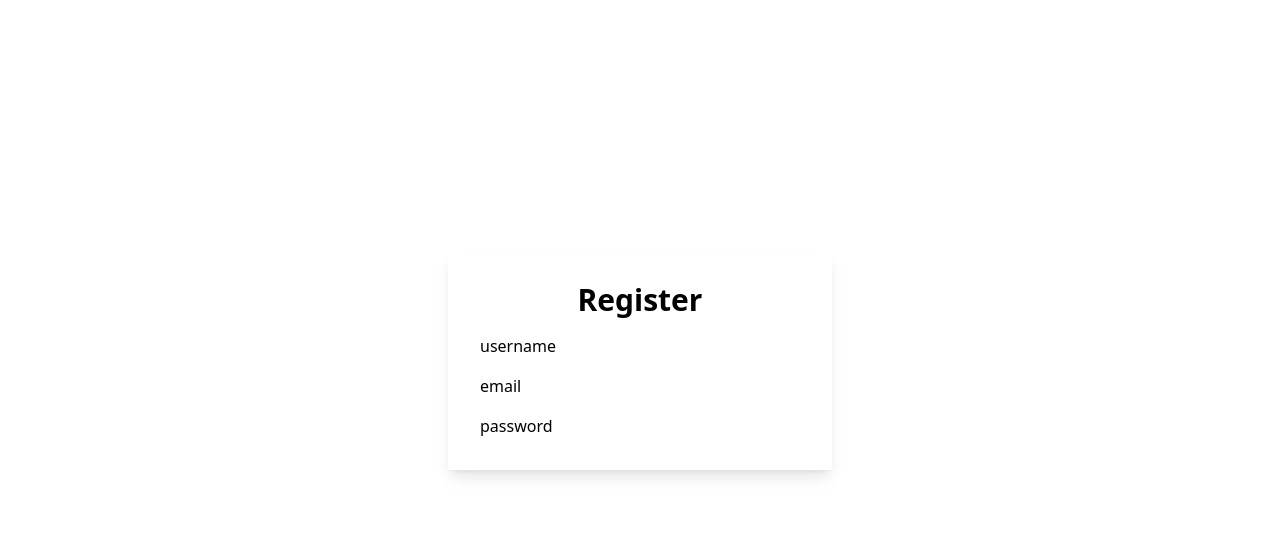
Repository: dydals3440/cool-store
Page: /register
An editor plug-in stored every save of this project. The page is shown before and after the next save, followed by the edit.
The browser window is 1280 px wide. The pictures show the whole page.
The project was rebuilt for these pictures with package versions that can differ from the ones it lists, and the page was loaded fresh each time. Also part of the build but not shown: vite.config.js, src/pages/About.jsx, src/pages/Cart.jsx, src/pages/Checkout.jsx, src/pages/Error.jsx, src/pages/HomeLayout.jsx, src/pages/Landing.jsx, src/pages/Login.jsx and 2 more. Imported but missing from the stored project, and not drawn on this page: src/pages/Orders.

Above is the page before, as saved 2023-09-17 21:52:05.

### src/main.jsx
import ReactDOM from 'react-dom/client';
import App from './App.jsx';
import './index.css';

ReactDOM.createRoot(document.getElementById('root')).render(
  <>
    <App />
  </>
);

### src/App.jsx
import { RouterProvider, createBrowserRouter } from 'react-router-dom';
import {
  About,
  Cart,
  CheckOut,
  Error,
  HomeLayout,
  Landing,
  Login,
  Orders,
  Products,
  Register,
  SingleProduct,
} from './pages';

const router = createBrowserRouter([
  {
    path: '/',
    element: <HomeLayout />,
    errorElement: <Error />,
    children: [
      {
        index: true,
        element: <Landing />,
      },
      {
        path: 'products',
        element: <Products />,
      },
      {
        path: 'products/:id',
        element: <SingleProduct />,
      },
      {
        path: 'cart',
        element: <Cart />,
      },
      {
        path: 'about',
        element: <About />,
      },
      {
        path: 'checkout',
        element: <CheckOut />,
      },
      {
        path: 'orders',
        element: <Orders />,
      },
    ],
  },
  {
    path: '/login',
    element: <Login />,
    errorElement: <Error />,
  },
  {
    path: '/register',
    element: <Register />,
    errorElement: <Error />,
  },
]);

const App = () => {
  return <RouterProvider router={router} />;
};

export default App;

### src/pages/index.js
export { default as About } from './About';
export { default as Cart } from './Cart';
export { default as CheckOut } from './Checkout';
export { default as Error } from './Error';
export { default as HomeLayout } from './HomeLayout';
export { default as Landing } from './Landing';
export { default as Login } from './Login';
export { default as Orders } from './Orders';
export { default as Products } from './Products';
export { default as Register } from './Register';
export { default as SingleProduct } from './SingleProduct';

### src/pages/Register.jsx
import { FormInput, SubmitBtn } from '../components';
import { Form, Link } from 'react-router-dom';

const Register = () => {
  return (
    <section className='h-screen grid place-items-center'>
      <Form
        method='POST'
        className='card w-96 p-8 bg-base-100 shadow-lg flex flex-col gap-y-4'
      >
        <h4 className='text-center text-3xl font-bold'>Register</h4>
        <FormInput type='text' label='username' name='username' />{' '}
        <FormInput type='email' label='email' name='email' />{' '}
        <FormInput type='password' label='password' name='password' />
      </Form>
    </section>
  );
};

export default Register;

### src/components/index.js
export { default as FormInput } from './FormInput';
export { default as SubmitBtn } from './SubmitBtn';

### src/components/FormInput.jsx
const FormInput = ({ label, name, type, defaultValue }) => {
  return (
    <div className='form-control '>
      <label className='label'>
        <span className='label-text'>{label}</span>
      </label>
      <input
        type={type}
        name={name}
        defaultValue={defaultValue}
        className='input input-bordered '
      />
    </div>
  );
};

export default FormInput;

### src/components/SubmitBtn.jsx
import { useNavigation } from 'react-router-dom';

const SubmitBtn = ({ text }) => {
  const navigation = useNavigation();
  const isSubmitting = navigation.state === 'submitting';
  return (
    <button
      type='submit'
      className='btn btn-primary btn-block'
      disabled={isSubmitting}
    >
      {isSubmitting ? (
        <>
          <span className='loading loading-spinner'></span>
          sending...
        </>
      ) : (
        text || 'submit'
      )}
    </button>
  );
};
export default SubmitBtn;

Loaded but not shown: index.html (common file); src/index.css (common file); tailwind.config.js (common file)

After the next save:
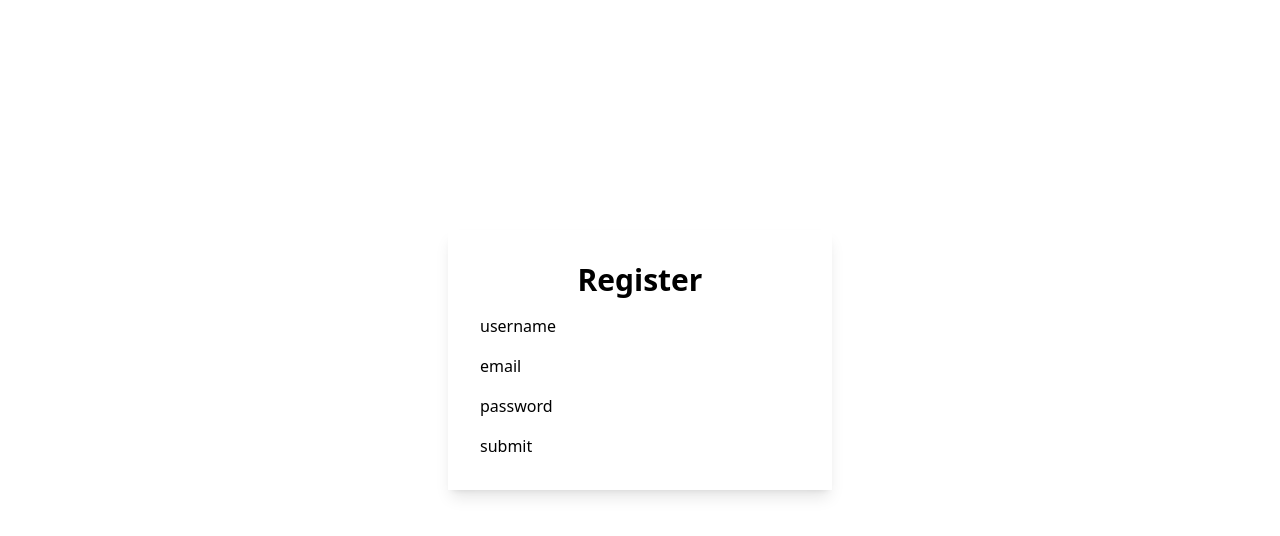
Saved 27 s later.
--- a/src/pages/Register.jsx
+++ b/src/pages/Register.jsx
@@ -12,6 +12,9 @@ const Register = () => {
         <FormInput type='text' label='username' name='username' />{' '}
         <FormInput type='email' label='email' name='email' />{' '}
         <FormInput type='password' label='password' name='password' />
+        <div>
+          <SubmitBtn />
+        </div>
       </Form>
     </section>
   );
